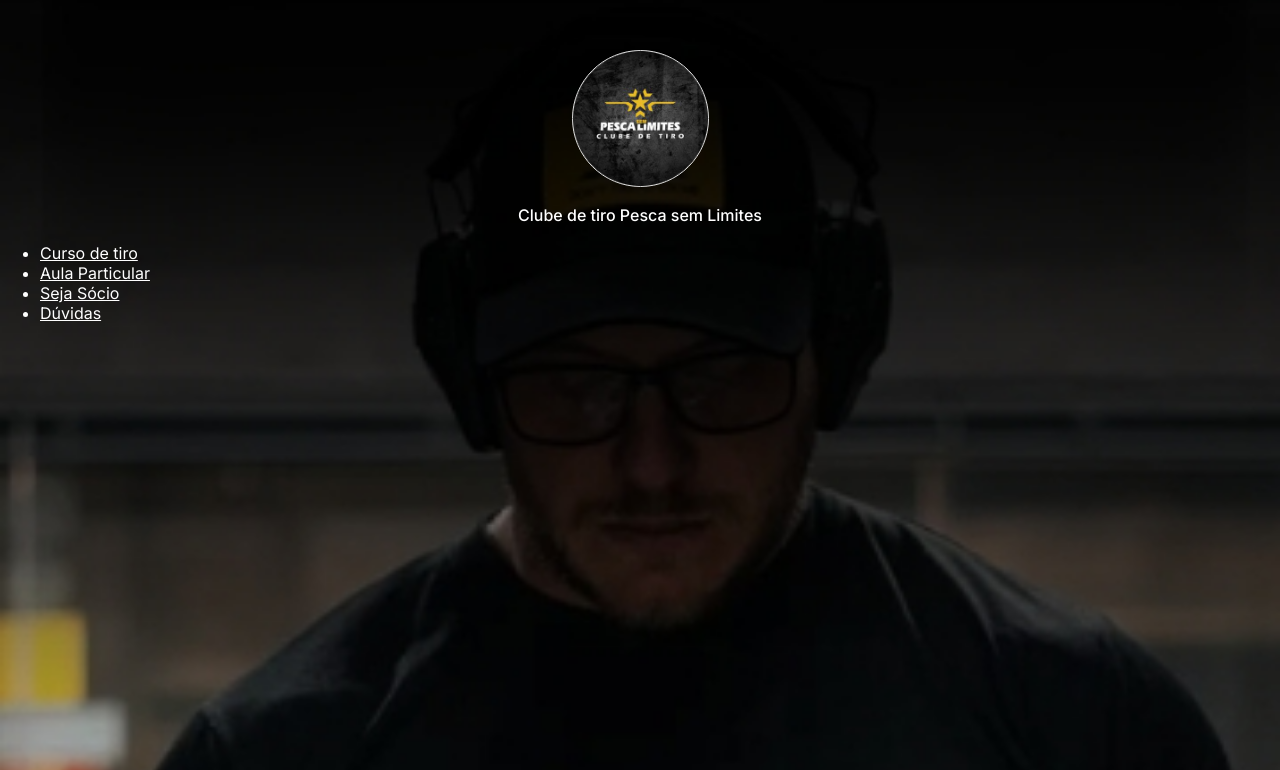
Repository: Fr4nc021/LinkPages-PescasemLimites
Page: index.html
These files come from the project's save history. The page is drawn as it stood at one moment and after the next save; the edit follows.
The browser window is 1280 px wide. The pictures show the whole page.

Above is the page before, as saved 2025-02-27 22:08:50.

### index.html
<!DOCTYPE html>
<html lang="pt-br">
<head>
    <link rel="preconnect" href="https://fonts.googleapis.com" />
    <link rel="preconnect" href="https://fonts.gstatic.com" crossorigin
    />
    <link
    href="https://fonts.googleapis.com/css2?family=Inter:ital,opsz,wght@0,14..32,100..900;1,14..32,100..900&display=swap" rel="stylesheet"
    />
    <link rel="stylesheet" href="style.css">
    <meta charset="UTF-8">
    <meta name="viewport" content="width=device-width, initial-scale=1.0">
    <title>LinkPage</title>
</head>
<body>
    <div id="profile">
        <img src="./midia/logo_clube_de_tiro.jpg"
        alt="Logo Pesca sem Limites Clube de tiro">
        <p>Clube de tiro Pesca sem Limites</p>
    </div>

    <div>
        <ul>
            <li>
                <a href="https://www.contate.me/clubedetiropescasemlimites" target="_blank">Curso de tiro</a>
            </li>
            <li>
                <a href="https://www.contate.me/clubedetiropescasemlimites" target="_blank">Aula Particular</a>
            </li>
            <li>
                <a href="https://www.contate.me/clubedetirosocio" target="_blank">Seja Sócio</a>
            </li>
            <li>
                <a href="https://www.contate.me/clubedetirosocio" target="_blank">Dúvidas</a>
            </li>
        </ul>
    </div>

</body>
</html>

### style.css
body * {
    font-family: "Inter", sans-serif;
    color: rgb(255, 255, 255);
}

body {
    background: url(./midia/Foto_fundo_mobile.jpg) no-repeat center center/cover;
    height: 100vh; /* Garante que o body ocupe 100% da altura da tela */
    margin: 0; /* Remove margens padrão */
    padding: 0; /* Remove padding padrão */
}
#profile img {
    border: 1px solid #ddd;
    width: 135px;
    display: block;
    margin: 50px auto 0; /* Adiciona 30px no topo, centraliza horizontalmente e remove margem inferior */
    padding: 0; /* Removendo o padding para evitar espaçamentos extras */
    border-radius: 50%;
}

#profile {
    text-align: center;
}
#profile p {
    font-weight: 500;
    line-height: 24px;
    margin-top: 16px;
}

After the next save:
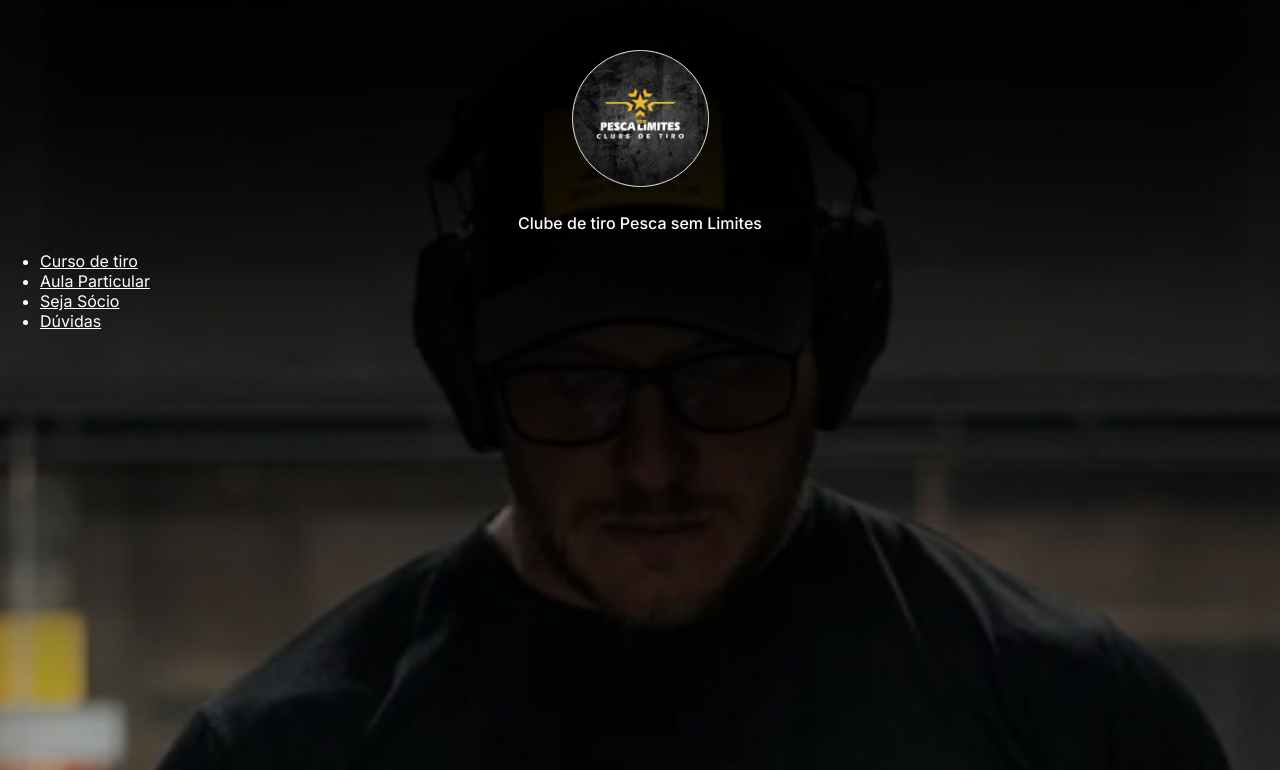
Saved 4 s later.
--- a/style.css
+++ b/style.css
@@ -24,5 +24,5 @@
 #profile p {
     font-weight: 500;
     line-height: 24px;
-    margin-top: 16px;
+    margin-top: 24px;
 }
